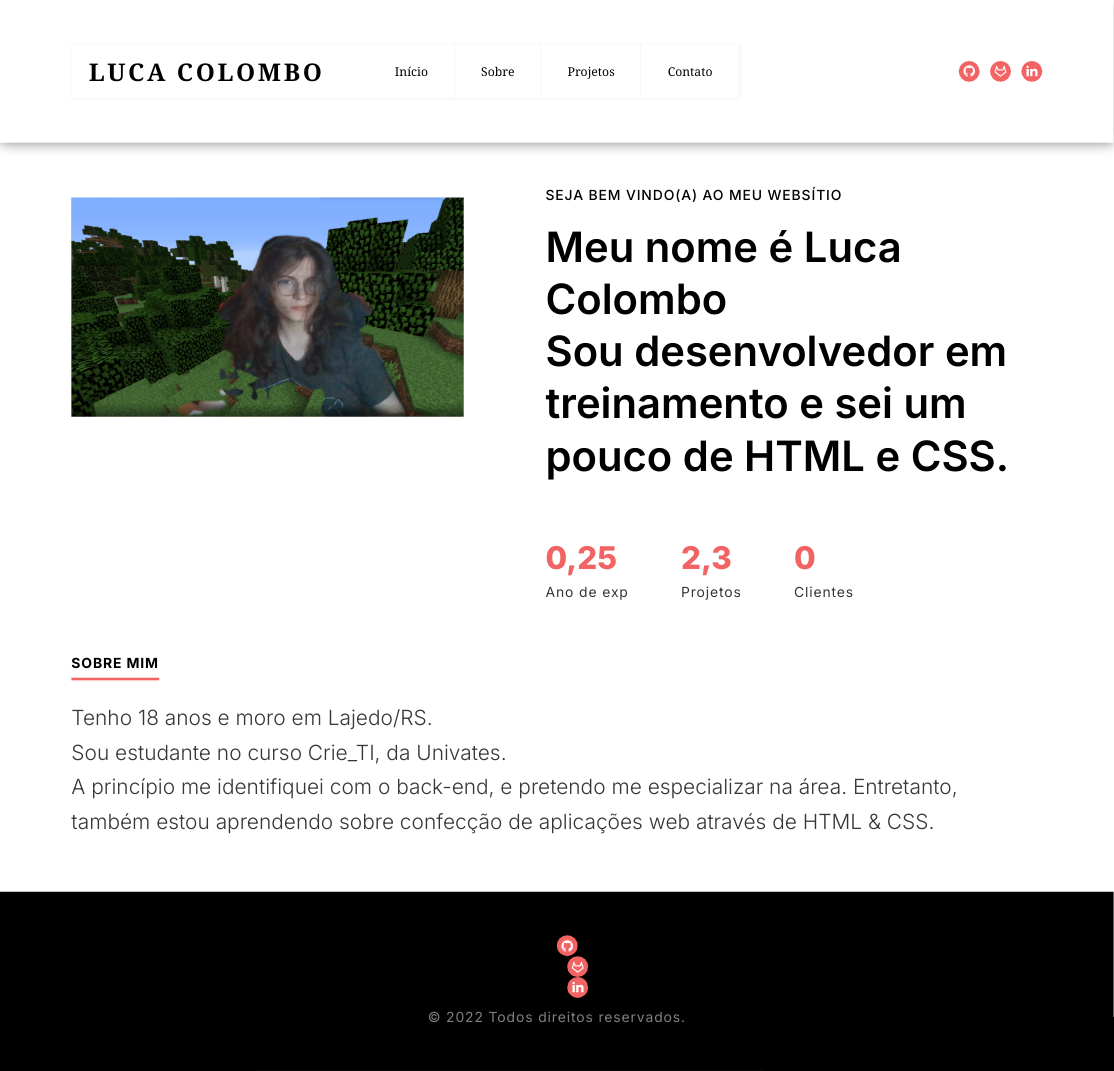
Repository: lxcxcxlxmb/portfolio
Page: index.html
These files come from the project's save history. The page is drawn as it stood at one moment and after the next save; the edit follows.
The browser window is 1280 px wide. The pictures show the whole page, at 87% of full size.

Above is the page before, as saved 2022-05-25 14:25:06.

After the next save:
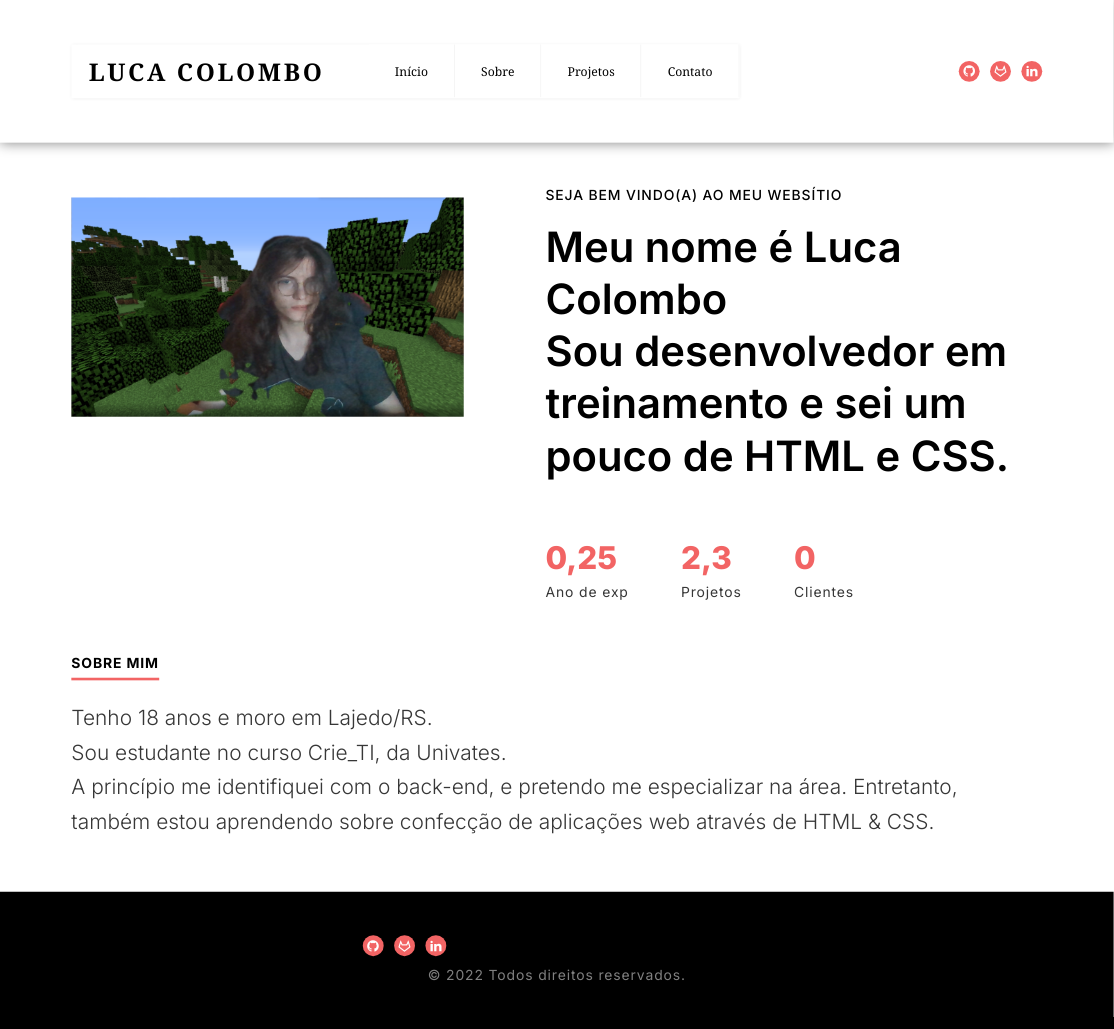
Saved 13 s later.
--- a/styles.css
+++ b/styles.css
@@ -709,8 +709,8 @@ span.ds-department {
 }
 
 .ds-footer ul {
-	margin-left: 50%;
-	margin-right: 50%;
+	margin-left: 30%;
+	margin-right: 30%;
 }
 
 .ds-copyright {
